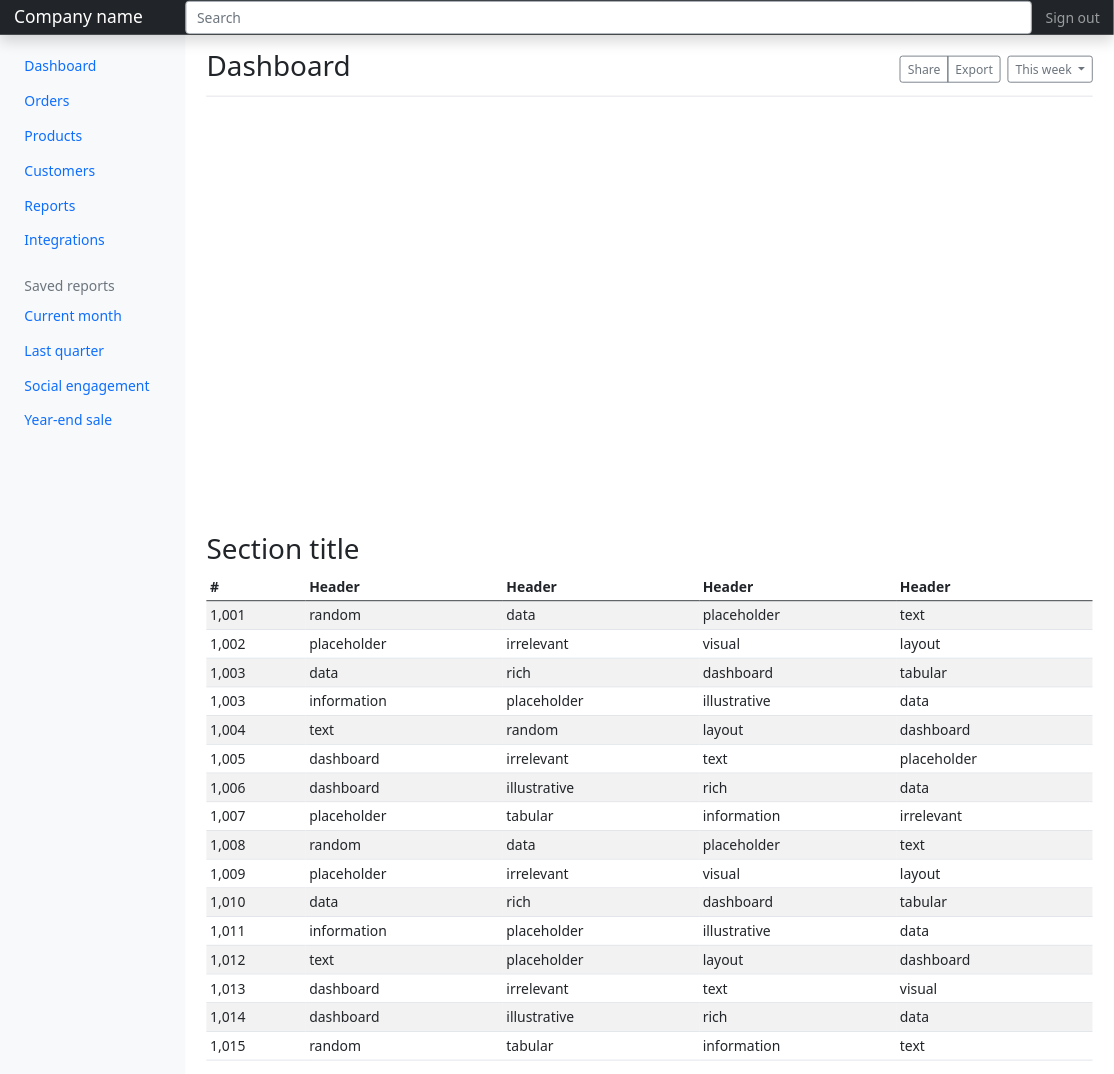
Repository: gustavo491/Dashboard
Page: http://localhost/login
An editor plug-in stored every save of this project. The page is shown before and after the next save, followed by the edit.
The browser window is 1280 px wide. The pictures show the whole page, at 87% of full size.
The page is served by the project's Laravel application, run on PHP 8.4 with Laravel 8. Other server files are loaded and not shown.

Above is the page before, as saved 2021-07-07 10:23:56.

### routes/web.php
<?php

use Illuminate\Support\Facades\Route;
use App\Http\Controllers\AuthController;

/*
|--------------------------------------------------------------------------
| Web Routes
|--------------------------------------------------------------------------
|
| Here is where you can register web routes for your application. These
| routes are loaded by the RouteServiceProvider within a group which
| contains the "web" middleware group. Now create something great!
|
*/

Route::get('/', function () {
    return view('welcome');
});

Route::get('/login', [AuthController::class, 'login']);
Route::post('/sign', [AuthController::class, 'sign']);
//Router::post('/mydocuments/sign', 'Guest@signMyDocuments');
//Auth::routes();

Route::get('/home', [App\Http\Controllers\HomeController::class, 'index'])->name('home');

### app/Http/Controllers/AuthController.php
<?php

namespace App\Http\Controllers;

use Illuminate\Http\Request;

class AuthController extends Controller
{
    public function Login(){
        return view('admin/login');
    }

    public function sign(){
        $email = $_POST['email'];
        $password = $_POST['passsword'];

        exit;
        }
}

### resources/views/admin/login.blade.php
<!doctype html>
<html lang="en">
  <head>
    <meta charset="utf-8">
    <meta name="viewport" content="width=device-width, initial-scale=1">
    <meta name="description" content="">
    <meta name="author" content="Mark Otto, Jacob Thornton, and Bootstrap contributors">
    <meta name="generator" content="Hugo 0.84.0">
    <title>Dashboard Template · Bootstrap v5.0</title>

    <link rel="canonical" href="https://getbootstrap.com/docs/5.0/examples/dashboard/">



    <!-- Bootstrap core CSS -->

<link href="{{ asset('css/bootstrap.min.css') }}" rel="stylesheet">

    <style>
      .bd-placeholder-img {
        font-size: 1.125rem;
        text-anchor: middle;
        -webkit-user-select: none;
        -moz-user-select: none;
        user-select: none;
      }

      @media (min-width: 768px) {
        .bd-placeholder-img-lg {
          font-size: 3.5rem;
        }
      }
    </style>


    <!-- Custom styles for this template -->
    <link href="{{ asset('js/app.js') }}" rel="stylesheet">
  </head>
  <body>

<header class="navbar navbar-dark sticky-top bg-dark flex-md-nowrap p-0 shadow">
  <a class="navbar-brand col-md-3 col-lg-2 me-0 px-3" href="#">Company name</a>
  <button class="navbar-toggler position-absolute d-md-none collapsed" type="button" data-bs-toggle="collapse" data-bs-target="#sidebarMenu" aria-controls="sidebarMenu" aria-expanded="false" aria-label="Toggle navigation">
    <span class="navbar-toggler-icon"></span>
  </button>
  <input class="form-control form-control-dark w-100" type="text" placeholder="Search" aria-label="Search">
  <div class="navbar-nav">
    <div class="nav-item text-nowrap">
      <a class="nav-link px-3" href="#">Sign out</a>
    </div>
  </div>
</header>

<div class="container-fluid">
  <div class="row">
    <nav id="sidebarMenu" class="col-md-3 col-lg-2 d-md-block bg-light sidebar collapse">
      <div class="position-sticky pt-3">
        <ul class="nav flex-column">
          <li class="nav-item">
            <a class="nav-link active" aria-current="page" href="#">
              <span data-feather="home"></span>
              Dashboard
            </a>
          </li>
          <li class="nav-item">
            <a class="nav-link" href="#">
              <span data-feather="file"></span>
              Orders
            </a>
          </li>
          <li class="nav-item">
            <a class="nav-link" href="#">
              <span data-feather="shopping-cart"></span>
              Products
            </a>
          </li>
          <li class="nav-item">
            <a class="nav-link" href="#">
              <span data-feather="users"></span>
              Customers
            </a>
          </li>
          <li class="nav-item">
            <a class="nav-link" href="#">
              <span data-feather="bar-chart-2"></span>
              Reports
            </a>
          </li>
          <li class="nav-item">
            <a class="nav-link" href="#">
              <span data-feather="layers"></span>
              Integrations
            </a>
          </li>
        </ul>

        <h6 class="sidebar-heading d-flex justify-content-between align-items-center px-3 mt-4 mb-1 text-muted">
          <span>Saved reports</span>
          <a class="link-secondary" href="#" aria-label="Add a new report">
            <span data-feather="plus-circle"></span>
          </a>
        </h6>
        <ul class="nav flex-column mb-2">
          <li class="nav-item">
            <a class="nav-link" href="#">
              <span data-feather="file-text"></span>
              Current month
            </a>
          </li>
          <li class="nav-item">
            <a class="nav-link" href="#">
              <span data-feather="file-text"></span>
              Last quarter
            </a>
          </li>
          <li class="nav-item">
            <a class="nav-link" href="#">
              <span data-feather="file-text"></span>
              Social engagement
            </a>
          </li>
          <li class="nav-item">
            <a class="nav-link" href="#">
              <span data-feather="file-text"></span>
              Year-end sale
            </a>
          </li>
        </ul>
      </div>
    </nav>

    <main class="col-md-9 ms-sm-auto col-lg-10 px-md-4">
      <div class="d-flex justify-content-between flex-wrap flex-md-nowrap align-items-center pt-3 pb-2 mb-3 border-bottom">
        <h1 class="h2">Dashboard</h1>
        <div class="btn-toolbar mb-2 mb-md-0">
          <div class="btn-group me-2">
            <button type="button" class="btn btn-sm btn-outline-secondary">Share</button>
            <button type="button" class="btn btn-sm btn-outline-secondary">Export</button>
          </div>
          <button type="button" class="btn btn-sm btn-outline-secondary dropdown-toggle">
            <span data-feather="calendar"></span>
            This week
          </button>
        </div>
      </div>

      <canvas class="my-4 w-100" id="myChart" width="900" height="380"></canvas>

      <h2>Section title</h2>
      <div class="table-responsive">
        <table class="table table-striped table-sm">
          <thead>
            <tr>
              <th scope="col">#</th>
              <th scope="col">Header</th>
              <th scope="col">Header</th>
              <th scope="col">Header</th>
              <th scope="col">Header</th>
            </tr>
          </thead>
          <tbody>
            <tr>
              <td>1,001</td>
              <td>random</td>
              <td>data</td>
              <td>placeholder</td>
              <td>text</td>
            </tr>
            <tr>
              <td>1,002</td>
              <td>placeholder</td>
              <td>irrelevant</td>
              <td>visual</td>
              <td>layout</td>
            </tr>
            <tr>
              <td>1,003</td>
              <td>data</td>
              <td>rich</td>
              <td>dashboard</td>
              <td>tabular</td>
            </tr>
            <tr>
              <td>1,003</td>
              <td>information</td>
              <td>placeholder</td>
              <td>illustrative</td>
              <td>data</td>
            </tr>
            <tr>
              <td>1,004</td>
              <td>text</td>
              <td>random</td>
              <td>layout</td>
              <td>dashboard</td>
            </tr>
            <tr>
              <td>1,005</td>
              <td>dashboard</td>
              <td>irrelevant</td>
              <td>text</td>
              <td>placeholder</td>
            </tr>
            <tr>
              <td>1,006</td>
              <td>dashboard</td>
              <td>illustrative</td>
              <td>rich</td>
              <td>data</td>
            </tr>
            <tr>
              <td>1,007</td>
              <td>placeholder</td>
              <td>tabular</td>
              <td>information</td>
              <td>irrelevant</td>
            </tr>
            <tr>
              <td>1,008</td>
              <td>random</td>
              <td>data</td>
              <td>placeholder</td>
              <td>text</td>
            </tr>
            <tr>
              <td>1,009</td>
              <td>placeholder</td>
              <td>irrelevant</td>
              <td>visual</td>
              <td>layout</td>
            </tr>
            <tr>
              <td>1,010</td>
              <td>data</td>
              <td>rich</td>
              <td>dashboard</td>
              <td>tabular</td>
            </tr>
            <tr>
              <td>1,011</td>
              <td>information</td>
              <td>placeholder</td>
              <td>illustrative</td>
              <td>data</td>
            </tr>
            <tr>
              <td>1,012</td>
              <td>text</td>
              <td>placeholder</td>
              <td>layout</td>
              <td>dashboard</td>
            </tr>
            <tr>
              <td>1,013</td>
              <td>dashboard</td>
              <td>irrelevant</td>
              <td>text</td>
              <td>visual</td>
            </tr>
            <tr>
              <td>1,014</td>
              <td>dashboard</td>
              <td>illustrative</td>
              <td>rich</td>
              <td>data</td>
            </tr>
            <tr>
              <td>1,015</td>
              <td>random</td>
              <td>tabular</td>
              <td>information</td>
              <td>text</td>
            </tr>
          </tbody>
        </table>
      </div>
    </main>
  </div>
</div>


    <script src="../assets/dist/js/bootstrap.bundle.min.js"></script>

      <script src="https://cdn.jsdelivr.net/npm/feather-icons@4.28.0/dist/feather.min.js" integrity="sha384-uO3SXW5IuS1ZpFPKugNNWqTZRRglnUJK6UAZ/gxOX80nxEkN9NcGZTftn6RzhGWE" crossorigin="anonymous"></script><script src="https://cdn.jsdelivr.net/npm/chart.js@2.9.4/dist/Chart.min.js" integrity="sha384-zNy6FEbO50N+Cg5wap8IKA4M/ZnLJgzc6w2NqACZaK0u0FXfOWRRJOnQtpZun8ha" crossorigin="anonymous"></script><script src="dashboard.js"></script>
  </body>
</html>

### public/css/dashboard.css
body {
  font-size: .875rem;
}

.feather {
  width: 16px;
  height: 16px;
  vertical-align: text-bottom;
}

/*
 * Sidebar
 */

.sidebar {
  position: fixed;
  top: 0;
  /* rtl:raw:
  right: 0;
  */
  bottom: 0;
  /* rtl:remove */
  left: 0;
  z-index: 100; /* Behind the navbar */
  padding: 48px 0 0; /* Height of navbar */
  box-shadow: inset -1px 0 0 rgba(0, 0, 0, .1);
}

@media (max-width: 767.98px) {
  .sidebar {
    top: 5rem;
  }
}

.sidebar-sticky {
  position: relative;
  top: 0;
  height: calc(100vh - 48px);
  padding-top: .5rem;
  overflow-x: hidden;
  overflow-y: auto; /* Scrollable contents if viewport is shorter than content. */
}

.sidebar .nav-link {
  font-weight: 500;
  color: #333;
}

.sidebar .nav-link .feather {
  margin-right: 4px;
  color: #727272;
}

.sidebar .nav-link.active {
  color: #2470dc;
}

.sidebar .nav-link:hover .feather,
.sidebar .nav-link.active .feather {
  color: inherit;
}

.sidebar-heading {
  font-size: .75rem;
  text-transform: uppercase;
}

/*
 * Navbar
 */

.navbar-brand {
  padding-top: .75rem;
  padding-bottom: .75rem;
  font-size: 1rem;
  background-color: rgba(0, 0, 0, .25);
  box-shadow: inset -1px 0 0 rgba(0, 0, 0, .25);
}

.navbar .navbar-toggler {
  top: .25rem;
  right: 1rem;
}

.navbar .form-control {
  padding: .75rem 1rem;
  border-width: 0;
  border-radius: 0;
}

.form-control-dark {
  color: #fff;
  background-color: rgba(255, 255, 255, .1);
  border-color: rgba(255, 255, 255, .1);
}

.form-control-dark:focus {
  border-color: transparent;
  box-shadow: 0 0 0 3px rgba(255, 255, 255, .25);
}

Loaded but not shown: app/Http/Controllers/Controller.php (common file); public/css/bootstrap.min.css (library)

After the next save:
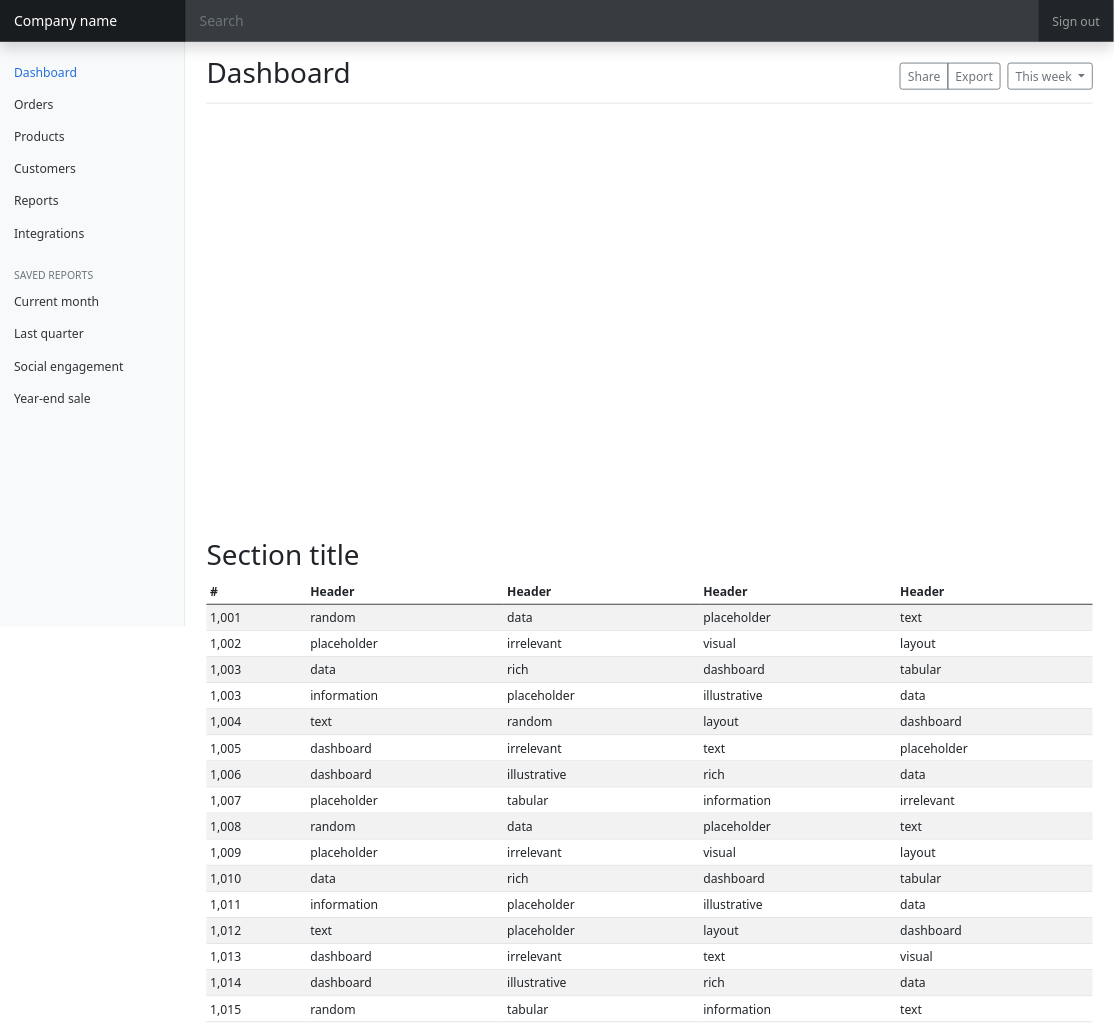
Saved 14 min 42 s later.
--- a/resources/views/admin/login.blade.php
+++ b/resources/views/admin/login.blade.php
@@ -34,7 +34,7 @@
 
 
     <!-- Custom styles for this template -->
-    <link href="{{ asset('js/app.js') }}" rel="stylesheet">
+    <link href="{{ asset('css/dashboard.css') }}" rel="stylesheet">
   </head>
   <body>
 
